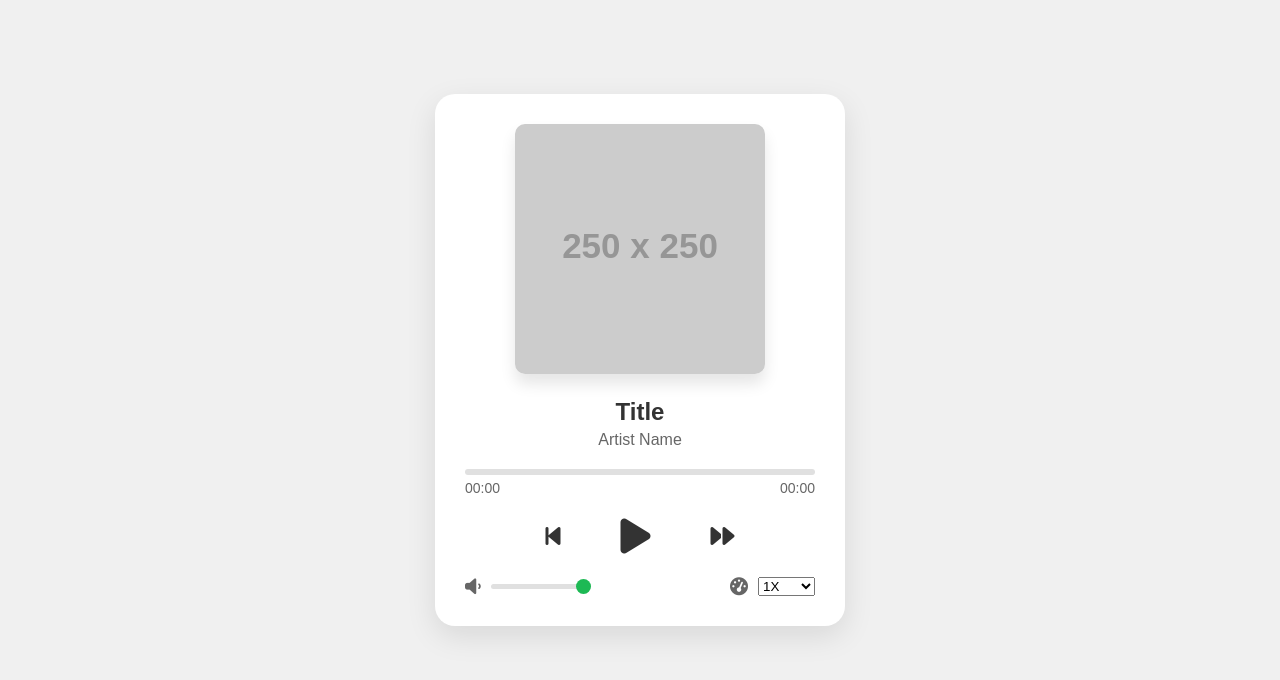
Repository: Abdulahi338/mp3-player-using-js
Page: AudioPlayer/index.html
The author's editor kept a copy of each file at every save. The page is drawn from the files as they stood at one save, then again after the next save.
The browser window is 1280 px wide. The pictures show the whole page.

Above is the page before, as saved 2025-02-02 17:43:14.

### AudioPlayer/index.html
<!DOCTYPE html>
<html lang="en">
<head>
    <meta charset="UTF-8">
    <meta name="viewport" content="width=device-width, initial-scale=1.0">
    <title>Document</title>
    <link rel="stylesheet" href="style.css">
    <link rel="stylesheet" href="https://cdnjs.cloudflare.com/ajax/libs/font-awesome/6.7.2/css/all.min.css" integrity="sha512-Evv84Mr4kqVGRNSgIGL/F/aIDqQb7xQ2vcrdIwxfjThSH8CSR7PBEakCr51Ck+w+/U6swU2Im1vVX0SVk9ABhg==" crossorigin="anonymous" referrerpolicy="no-referrer" />
</head>
<body>
    <div class="music-player">
        <div class="song-info">
            <img src="https://placehold.co/250" alt="song image">
            <h2 id="title">Title</h2>
            <p id="artist">Artist Name</p>
        </div>
    <!-- progress -->
        <div class="progress-container">
            <div class="progreess-bar">
                <div class="progress"></div>
            </div>
            <div class="time">
                <span id="current-time">00:00</span>
                <span id="duration">00:00</span>
            </div>
        </div>
        <!-- contrls -->
         <div class="controls">
            <button id="prev" class="control-btn"><i class="fas fa-step-backward"></i></button>
            <button id="play" class="control-btn play-btn"><i class="fas fa-play"></i></button>
            <button id="next" class="control-btn"><i class="fas fa-forward"></i></button>
         </div>
          <div class="additional-controlls">
                     <!-- other controlls -->

            <div class="value-contrlls">
                <i class="fas fa-volume-down"></i>
                <input type="range" name="volume" id="volume" min="0" max="1" step="o.1" value="1">
              </div>
              <!-- speed -->
               <div class="speed-controll">
                <i class="fas fa-tachometer-alt"></i>
                <select name="speed" id="speed">
                    <option value="0.5">0.5X</option>
                    <option value="0.75">0.75X</option>
                    <option value="1" selected>1X</option>
                    <option value="1.25">1.25X</option>
                    <option value="2">2X</option>

                </select>
               </div>

          </div>

    </div>
  <script src="mian.js"></script>
</body>
</html>

### AudioPlayer/style.css
*{
    padding: 0;
    margin: 0;
    box-sizing: 0;
}
body{
    font-family: Arial, Helvetica, sans-serif;
    display: flex;
    align-items: center;
    justify-content: center;
    height: 100vh;
    background-color: #f0f0f0;
}
.music-player{
    background-color: #fff;
    border-radius: 20px;
    width: 350px;
    text-align: center;
    padding: 30px;
    box-shadow: 0  10px 30px rgba(0,0,0,0.1);

}
.song-info img{
    width: 250px;
    height: 250px;
    border-radius: 10px;
    box-shadow: 0 10px 15px rgba(0,0,0,0.1);
    margin-bottom: 20px;
}
.song-info h2{
    font-size: 24px;
    margin-bottom: 5px;
    color: #333;
}
.song-info p{
    font-size: 16px;
    color: #666;
    margin-bottom: 20px;
}
.progress-container{
    margin-bottom: 20px;
}
.progreess-bar{
    background-color: #e0e0e0;
    height: 6px;
    overflow: hidden;
    border-radius: 5px;
}
.progress{
    background-color: #1db954;
    width: 0%;
    height: 100%;
    transition: width 0.1sec linear;

}
.time{
    display: flex;
    justify-content:space-between;
    margin-top: 5px;
    font-size: 14px;
    color: #666;
}
.controls{
    display: flex;
    align-items: center;
    justify-content: center;
    margin-bottom: 20px;
}
.control-btn{
    background: none;
    border: none;
    font-size:24px;
    color: #333;
    padding:0 15px;
    cursor: pointer;
    margin: 0 15px;
    transition: color 0.3sec ease;
}
.control-btn:hover{
    color: #1db954;
}
.fa-play{
    font-size: 40px;
}
.additional-controlls{
    display: flex;
    justify-content: space-between;
    align-items: center;
}
.speed-controll, .value-contrlls{
    display: flex;
    align-items: center;
}
.speed-controll i, .value-contrlls i{
    font-size: 18px;
    color: #666;
    margin-right: 10px;
}
#volume{
    -webkit-appearance: none;
    width: 100px;
    height: 5px;
    background-color: #e0e0e0;
    border-radius: 5px;
    outline: none;
}
#volume::-webkit-slider-thumb{
    -webkit-appearance: none;
    width: 15px;
    height: 15px;
    background-color:  #1db954;
    border-radius: 50%;
    cursor: pointer;
}
#volume::-moz-range-thumb{
    -webkit-appearance: none;
    width: 15px;
    height: 15px;
    background-color:  #1db954;
    border-radius: 50%;
    cursor: pointer;

}
#speed{
    padding: auto;
}

Loaded but not shown: AudioPlayer/mian.js (no copy from this time; the picture is the same without it)

After the next save:
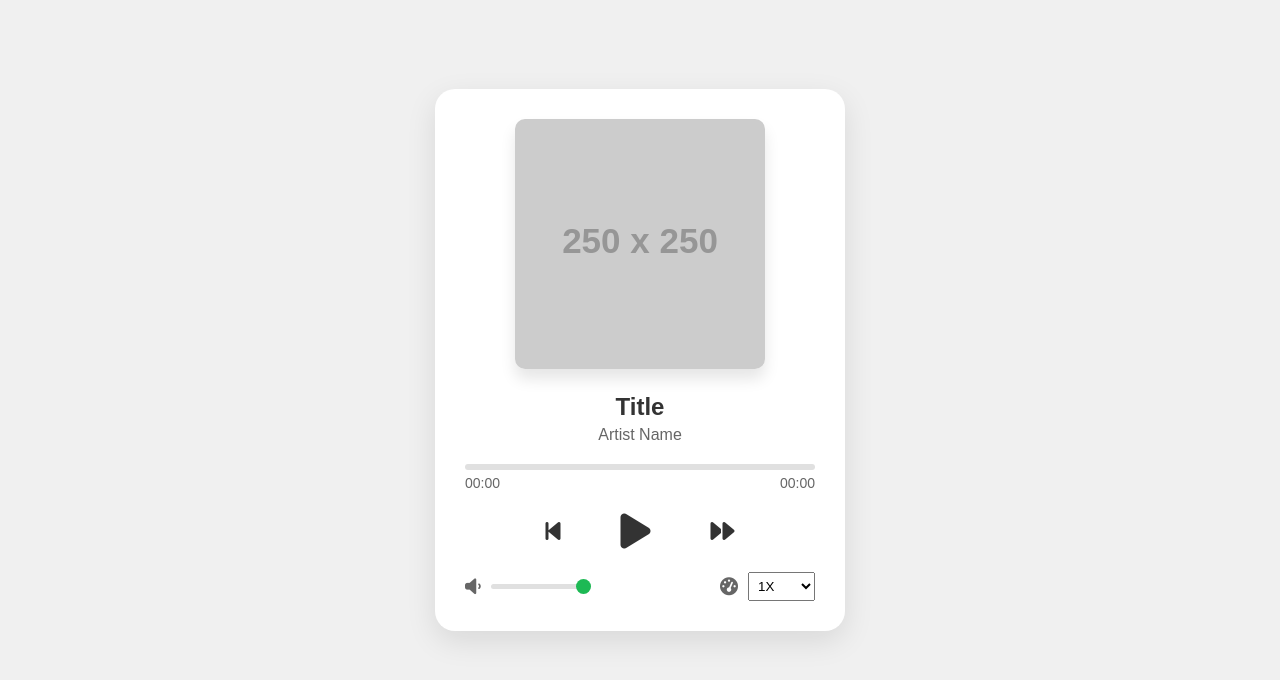
Saved 7 s later.
--- a/AudioPlayer/style.css
+++ b/AudioPlayer/style.css
@@ -122,5 +122,5 @@ body{
 
 }
 #speed{
-    padding: auto;
+    padding: 5px;
 }
